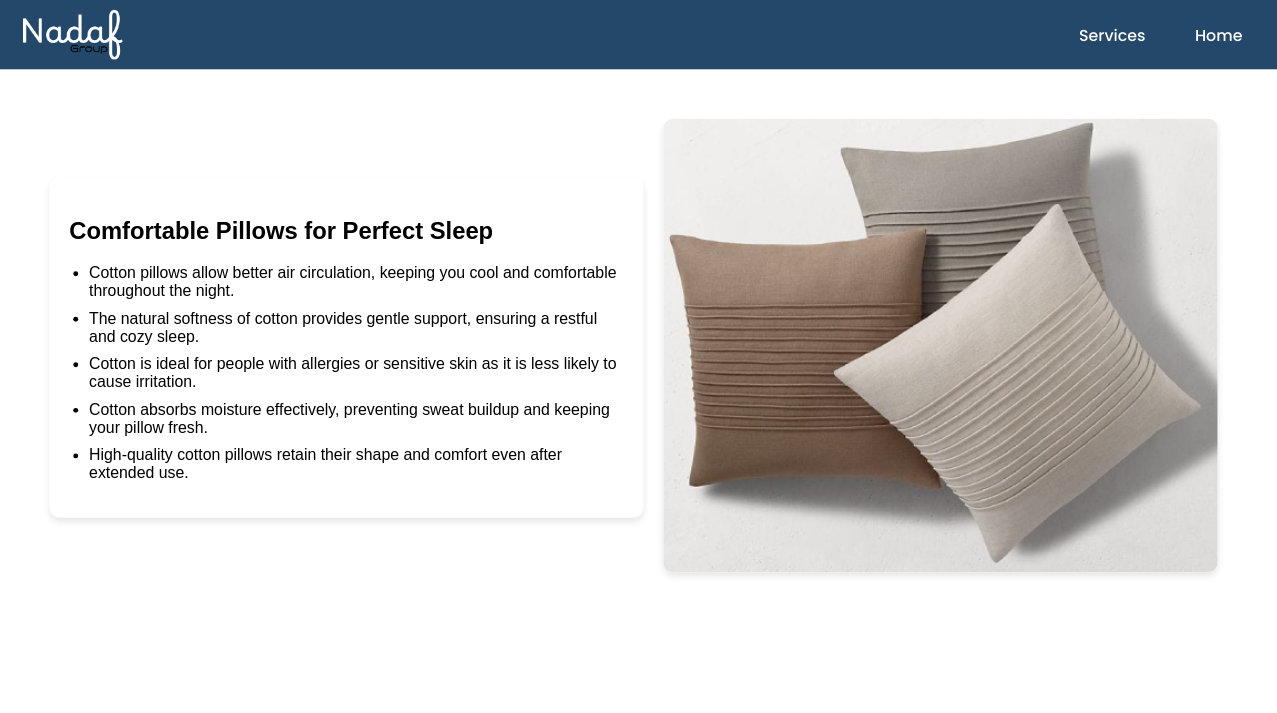
Repository: nadafgroup/rashidgadiUI
Page: src/pillow.html
An editor plug-in stored every save of this project. The page is shown before and after the next save, followed by the edit.
The browser window is 1280 px wide. The page is 1290 px wide, so the pictures cover 1290 px, including what lies to the right of the window. The pictures show the whole page, at 99% of full size.

Above is the page before, as saved 2025-01-30 17:14:51.

### src/pillow.html
<!DOCTYPE html>
<html lang="en">
<head>
    <meta charset="UTF-8">
    <meta name="viewport" content="width=device-width, initial-scale=1.0">
    <title>Mattresses</title>
   <link rel="stylesheet" href="./products.css">
</head>
<body>
    <header>

        <div class="logo">
            <img src="../assets/img/logo2.png" class="logo" alt="">
        </div>
        <div class="nav-right">
            <ul>


                <li class="dropdown">
                    <a href="#" class="dropbtn">Services</a>
                    <div class="dropdown-content">
                        <a href="./bed.html">Bed Mattresses</a>
                        <a href="./pillow.html">Pillow Mattresses</a>
                        <a href="./sofa.html">Sofa Mattresses</a>
                        <a href="./repair.html">Mattresses Repair </a>
                        <a href="./rent.html">Mattresses Rent</a>
                        <a href="./furniture.html">Furniture</a>
                    </div>
                </li>
                <li><a href="./home.html">Home</a></li>
            </ul>
        </div>

    </header>

    <div class="container">
        <div class="info">
            <h2>Comfortable Pillows for Perfect Sleep</h2>
            <ul>
                <li>Cotton pillows allow better air circulation, keeping you cool and comfortable throughout the night.</li>
                <li>The natural softness of cotton provides gentle support, ensuring a restful and cozy sleep.                </li>
                <li>Cotton is ideal for people with allergies or sensitive skin as it is less likely to cause irritation.</li>
                <li>Cotton absorbs moisture effectively, preventing sweat buildup and keeping your pillow fresh.</li>
                <li>High-quality cotton pillows retain their shape and comfort even after extended use.</li>

            </ul>
        </div>

        <div class="image-container">
            <img src="../assets/img/pillow.webp" alt="Mattress">
        </div>
    </div>


</body>
</html>

### src/products.css
@font-face {
    font-family: 'poppins';
    src: url('../assets/fonts/Poppins/Poppins-Medium.ttf') format('truetype');
}

@font-face {
    font-family: 'inter';
    src: url('../assets/fonts/Inter/Inter-VariableFont_opsz\,wght.ttf') format('truetype');
}

@font-face {
    font-family: 'Exo';
    src: url('../assets/fonts/Exo2-VariableFont_wght.ttf') format('truetype');
}

body {
    margin: 0;
    padding: 0;
    overflow-x: hidden; /* Prevent horizontal scrolling */
    font-family: Arial, sans-serif;
    display: flex;
    flex-direction: column;
    align-items: center;
    /* background: linear-gradient(to bottom, #f9f9f9, #e0e0e0); */
    height: 100vh;
}

header {
    width: 100%;
    padding: 10px;
    display: flex;
    justify-content: space-between;
    align-items: center;
    background-color: #23486A;
    color: white;
    font-size: 1rem;
}

.nav-right ul {
    display: flex;
    list-style: none;
    margin: 0;
    padding: 0;
}

.nav-right ul li {
    margin: 0 15px;
}

.nav-right ul li a {
    text-decoration: none;
    color: white;
    padding: 10px;
    transition: 0.3s;
    font-family: 'poppins';
}

.nav-right ul li a:hover {
    background-color: #5c6bc0;
    border-radius: 5px;
}

.nav-right ul li.dropdown {
    position: relative;
}

.nav-right ul li.dropdown:hover .dropdown-content {
    display: block;
}

.nav-right ul li .dropdown-content {
    display: none;
    position: absolute;
    background-color: #3f51b5;
    min-width: 160px;
    z-index: 1;
    border-radius: 5px;
}

.nav-right ul li .dropdown-content a {
    padding: 10px;
    color: white;
    text-decoration: none;
    display: block;
}

.nav-right ul li .dropdown-content a:hover {
    background-color: #5c6bc0;
}

.logo {
    width: auto;
    height: 50px;
    margin-left: 10px;
    margin-bottom: 0px;
}

.container {
    display: flex;
    flex-direction: row;
    justify-content: center;
    align-items: center;
    padding: 50px;
    gap: 20px;
}

.info {
    flex: 1;
    padding: 20px;
    background: white;
    border-radius: 10px;
    box-shadow: 0 4px 8px rgba(0, 0, 0, 0.1);
    animation: slideInLeft 1s;
}

.info ul {
    list-style: disc;
    padding-left: 20px;
}

.info ul li {
    margin: 10px 0;
}

.image-container {
    flex: 1;
    animation: slideInRight 1s;
}

.image-container img {
    width: 100%;
    border-radius: 10px;
    box-shadow: 0 4px 8px rgba(0, 0, 0, 0.1);
}

.gallery {
    width: 90%;
    margin: 30px auto;
    display: flex;
    flex-wrap: wrap;
    gap: 10px;
    justify-content: center;
    animation: fadeIn 1.5s;
}

.gallery img {
    width: 200px;
    height: 150px;
    object-fit: cover;
    border-radius: 10px;
    margin: 20px;
    transition: transform 0.3s;
}

.gallery img:hover {
    transform: scale(1.1);
}


.rent-gallery {
    width: 100%;
    display: flex;
    flex-wrap: wrap;
    margin:30px auto ;
    animation: fadeIn 1.5s;
}

.rent-gallery .rent-img {
    width: 200px;
    height: 150px;
    object-fit: cover;
    border-radius: 10px;
    margin: 20px;
    margin-left: 0px;
    /* margin-top: 0px; */
    transition: transform 0.3s;
}

/* Modal Styles */
.modal {
    display: none; /* Hidden by default */
    position: fixed;
    z-index: 1; /* Sit on top */
    left: 0;
    top: 0;
    width: 100%; /* Full width */
    height: 100%; /* Full height */
    overflow: auto;
    background-color: rgb(0, 0, 0); /* Black background with opacity */
    background-color: rgba(0, 0, 0, 0.8); /* Transparent black */
    padding-top: 60px;
}

.modal-content {
    margin: auto;
    display: block;
    width: 80%;
    max-width: 700px;
    border-radius: 10px;
}

.close {
    color: #fff;
    font-size: 40px;
    font-weight: bold;
    position: absolute;
    top: 15px;
    right: 35px;
    cursor: pointer;
    transition: 0.3s;
}

.close:hover,
.close:focus {
    color: #f1f1f1;
    text-decoration: none;
    cursor: pointer;
}

@keyframes fadeIn {
    from { opacity: 0; }
    to { opacity: 1; }
}

@keyframes slideInLeft {
    from { transform: translateX(-100%); }
    to { transform: translateX(0); }
}

@keyframes slideInRight {
    from { transform: translateX(100%); }
    to { transform: translateX(0); }
}

/* Media Queries for Responsiveness */
@media (max-width: 768px) {
    .container {
        flex-direction: column; /* Switch to column layout */
        padding: 20px;
    }

    .info, .image-container {
        flex: none; /* Reset flex behavior */
        width: 100%;
    }

    .gallery img {
        width: 100%; /* Make gallery images take full width on small screens */
        height: auto;
    }
}

@media (max-width: 480px) {
    header {
        flex-direction: column;
        align-items: center;
    }

    .nav-right ul {
        flex-direction: column;
        align-items: center;
    }

    .nav-right ul li {
        margin: 10px 0;
    }

    .logo {
        margin: 10px 0;
    }
}

After the next save:
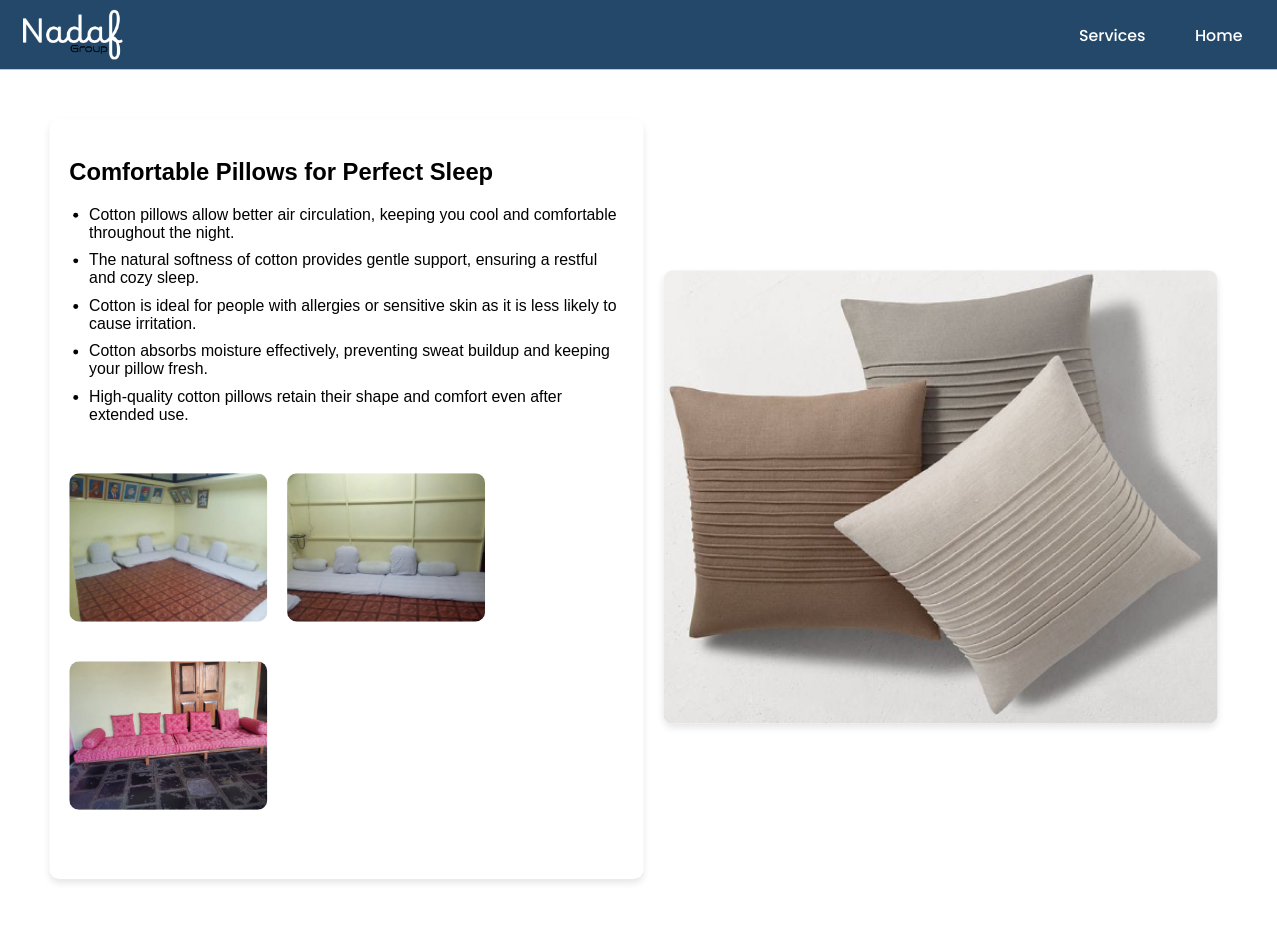
Saved 46 s later.
--- a/src/pillow.html
+++ b/src/pillow.html
@@ -44,6 +44,11 @@
                 <li>High-quality cotton pillows retain their shape and comfort even after extended use.</li>
 
             </ul>
+            <div class="rent-gallery">
+                <img src="../assets/img/real img/r2.webp" class="rent-img" alt="Gallery Image 1">
+                <img src="../assets/img/real img/r3.webp" class="rent-img" alt="Gallery Image 2">
+                <img src="../assets/img/real img/r8.webp" class="rent-img" alt="Gallery Image 3">
+            </div>
         </div>
 
         <div class="image-container">
